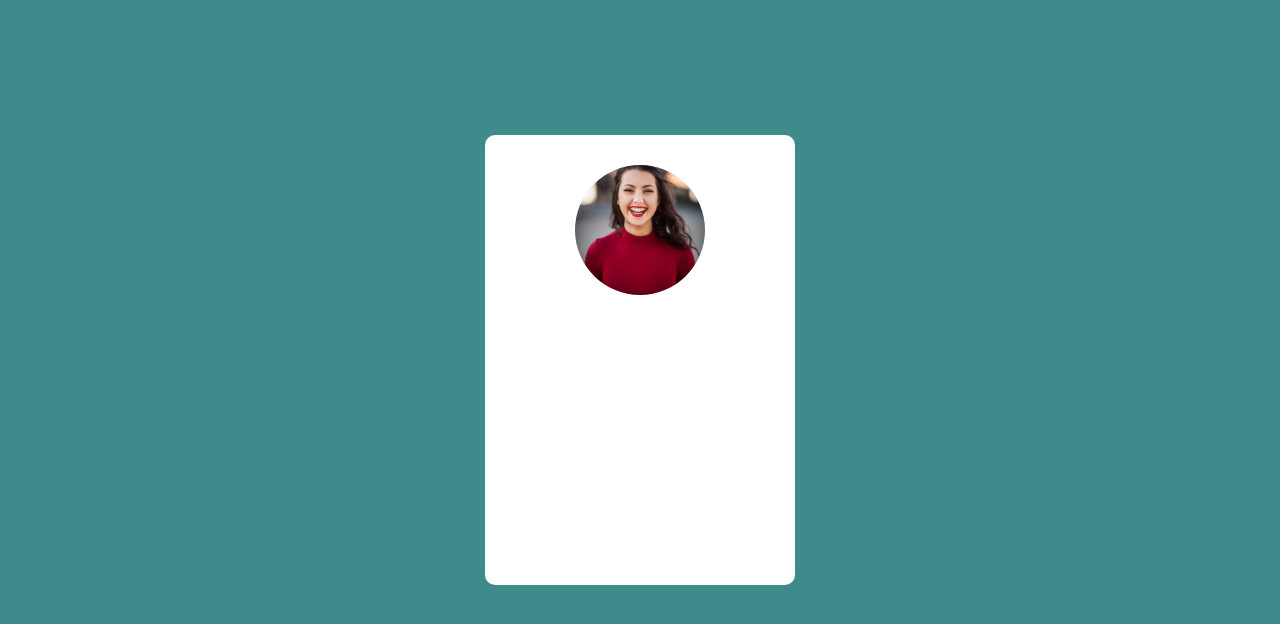
Repository: kiranjeetkaur01/instarequest.github.io
Page: index.html
An editor plug-in stored every save of this project. The page is shown before and after the next save, followed by the edit.
The browser window is 1280 px wide. The pictures show the whole page.

Above is the page before, as saved 2023-09-12 19:37:42.

After the next save:
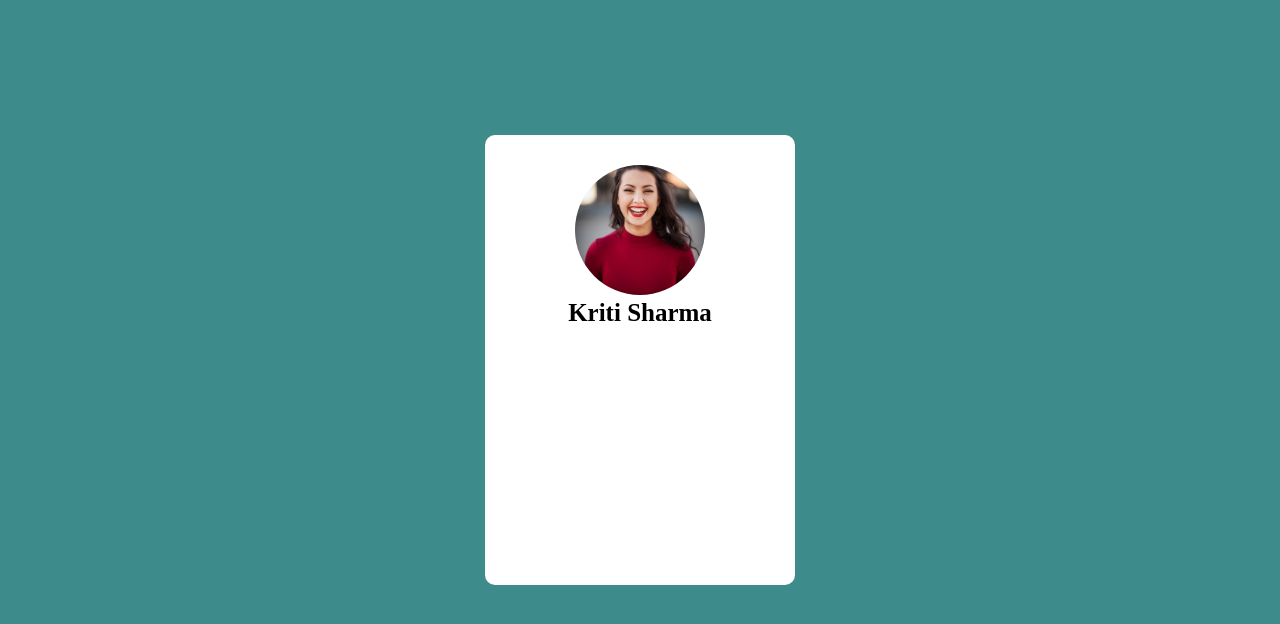
Saved 4 s later.
--- a/index.html
+++ b/index.html
@@ -10,6 +10,7 @@
     <div id="main">
         <div id="card">
             <img src="./photo-1494790108377-be9c29b29330.avif" alt="">
+            <h1>Kriti Sharma</h1>
         </div>
 
     </div>
